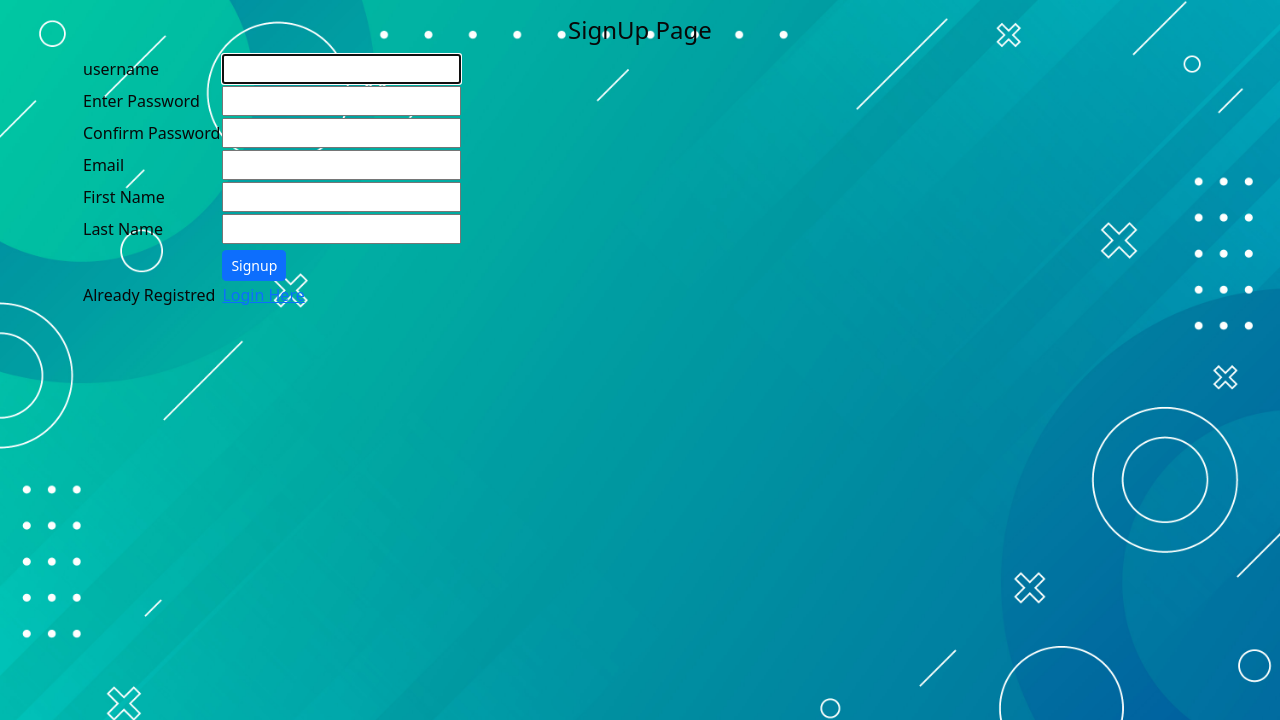
Repository: AbakashRonny/Institute-Management
Page: http://localhost/CodeDaisApp/signup/
These files come from the project's save history. The page is drawn as it stood at one moment and after the next save; the edit follows.
The browser window is 1280 px wide. The pictures show the whole page.
The page is served by the project's application, run on Django 5.2 (manage.py).

Above is the page before, as saved 2024-06-17 03:21:19.

After the next save:
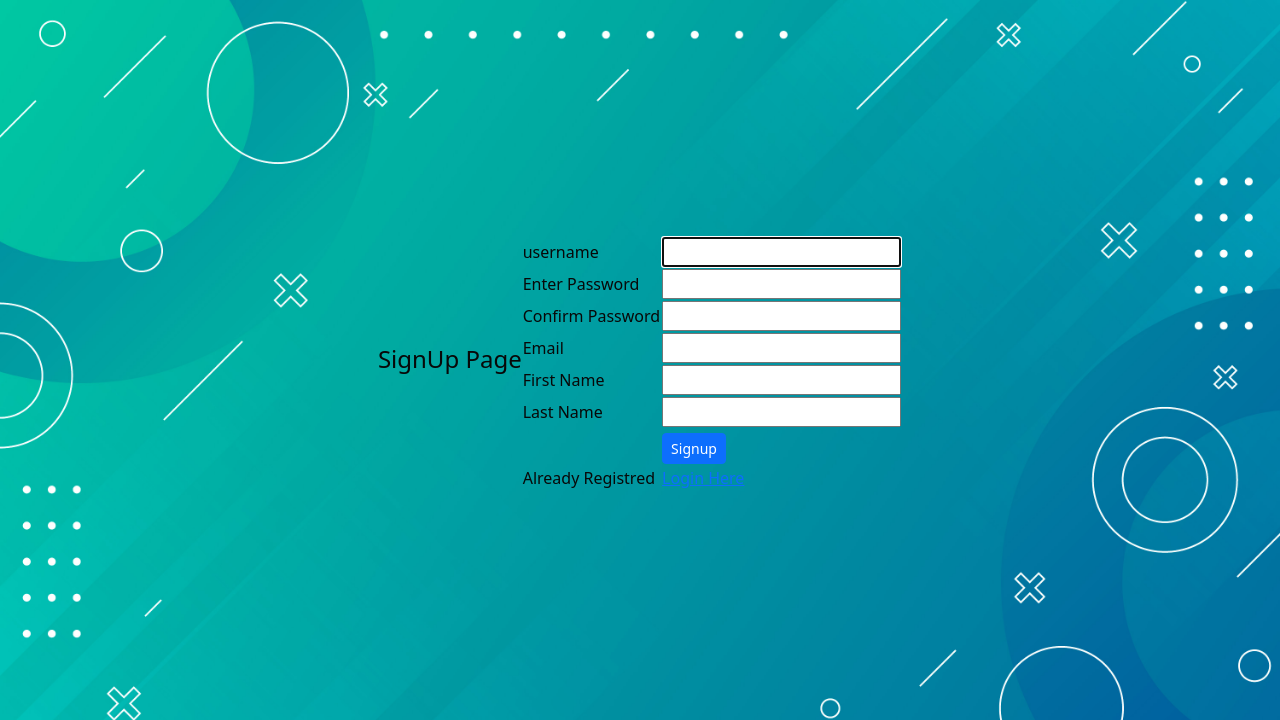
Saved 29 s later.
--- a/templates/CodeDaisApp/signup.html
+++ b/templates/CodeDaisApp/signup.html
@@ -7,6 +7,18 @@
     <title>Bootstrap demo</title>
     <link href="https://cdn.jsdelivr.net/npm/bootstrap@5.3.3/dist/css/bootstrap.min.css" rel="stylesheet" integrity="sha384-QWTKZyjpPEjISv5WaRU9OFeRpok6YctnYmDr5pNlyT2bRjXh0JMhjY6hW+ALEwIH" crossorigin="anonymous">
     <style>
+      .container{
+      display: flex;
+      justify-content: center;
+      align-items: center;
+      padding-top: 220px;
+    }
+    .c {
+      margin: auto;
+      padding-top: 20px;
+      border: 2px solid rgb(12, 12, 12);
+      width: 40%;
+    }
       body {
       background-image: url("{% static 'image/8270301.jpg' %}");
       background-size: cover;
